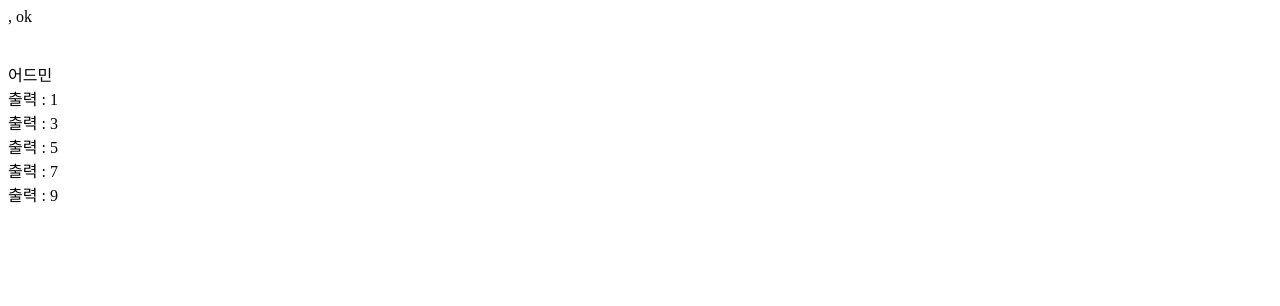
Repository: Won-Hyuk-Lee/kosta_java
Page: http://localhost/web_prj/lec_jstl.jsp
The author's editor kept a copy of each file at every save. The page is drawn from the files as they stood at one save, then again after the next save.
The browser window is 1280 px wide. The pictures show the whole page.
The page is served by Tomcat 9. Nobody is signed in. The application's start-up code is not run. Other server files are loaded and not shown.

Above is the page before, as saved 2024-05-30 04:52:19.

### web_prj/src/main/webapp/lec_jstl.jsp
<%@ page language="java" contentType="text/html; charset=UTF-8"
    pageEncoding="UTF-8"%>
<%@taglib uri="http://java.sun.com/jsp/jstl/core" prefix="c"%>
<%@taglib uri="http://java.sun.com/jsp/jstl/fmt"  prefix="fmt"%>

<%@ page import="com.kosta.sample.board.BoardVO" %>
<%@ page import="java.util.ArrayList" %>
<%@ page import="java.util.HashMap" %>


<!DOCTYPE html>
<html>
<head>
<meta charset="UTF-8">
<title>Insert title here</title>
<script src="https://code.jquery.com/jquery-3.7.1.js"></script>
<script> $(function() { }); </script>
</head>
<body>
<!--
 EL(Expression Language) :  JSP 사용하는 스크립트릿(<% %>) 문법을 쉽게 하는 언어  $ { }
 JSTL(JSP Standard Tag Library) : JSP 표준라이브러리

  - JSP 내장객체 SCOPE : page > request > session > application
  - EL  내장객체 SCOPE : pageScope > requestScope > sessionScope > applicationScope
-->


<!--
//서블릿 코드
BoardVO bvo  = new BoardVO();
bvo.setRegid("kim");
bvo.setTitle("이건제목");
request.setAttribute("KEY_BOARDVO", bvo);
-->
<%
//BoardVO bvo = (BoardVO)request.getAttribute("KEY_BOARDVO");
//out.println(bvo.getRegid() + ","  + bvo.getTitle());
%>
<!-- ${requestScope.KEY_BOARDVO.regid} -->



<!--
//서블릿 코드
ArrayList<BoardVO> list = new ArrayList<BoardVO>();
BoardVO bvo  = new BoardVO();
bvo.setRegid("kim");
bvo.setTitle("이건제목");
list.add(bvo);
bvo  = new BoardVO();
bvo.setRegid("kim2");
bvo.setTitle("이건제목2");
list.add(bvo);
request.setAttribute("KEY_LISTVO", list);
-->

<%
//ArrayList<BoardVO> list = (ArrayList<BoardVO>)request.getAttribute("KEY_LISTVO");
//for(BoardVO bvo : list) {
//	out.println(bvo.getTitle() + "," + bvo.getRegid() + "<br>");
//}
%>
<!--
${requestScope.KEY_LISTVO[0]["regid"]}, ${requestScope.KEY_LISTVO[0]["title"]}<br>
${requestScope.KEY_LISTVO[1]["regid"]}, ${requestScope.KEY_LISTVO[1]["title"]}<br>
-->


<!--
//서블릿 코드
HashMap<String, BoardVO> map = new HashMap<String, BoardVO>();
BoardVO bvo  = new BoardVO();
bvo.setRegid("kim");
bvo.setTitle("이건제목");
map.put("map_key", bvo);
request.setAttribute("KEY_MAPVO", map);
-->
<%
//HashMap<String, BoardVO> map = (HashMap<String, BoardVO>)request.getAttribute("KEY_MAPVO");
//out.println(map.get("map_key").getRegid() + "," + map.get("map_key").getTitle());
%>
<!-- ${requestScope.KEY_MAPVO.map_key.regid} , ${KEY_MAPVO.map_key.title} -->


<!--
//서블릿 코드
HttpSession session = request.getSession();
session.setAttribute("SESS_ID", "kim");
session.setAttribute("SESS_GRADE", "gold");
-->
<%
//String uid = (String)session.getAttribute("SESS_ID");
//out.print(uid);
%>
<!--  ${sessionScope.SESS_ID}  -->


<!--
//서블릿 코드
Cookie ck1 = new Cookie("MY_COOKIE_UID", "lee");
Cookie ck2 = new Cookie("MY_COOKIE_GRADE", "hong");
ck1.setMaxAge(100);
ck2.setMaxAge(100);
response.addCookie(ck1);
response.addCookie(ck2);
-->

<%
// 요청으로부터 모든 쿠키를 가져옵니다.
Cookie[] cookies = request.getCookies();
if (cookies != null) {
    for (Cookie cookie : cookies) {
        out.println(cookie.getName() + "," + cookie.getValue() + "<br>");
    }
}
%>
${cookie.MY_COOKIE_UID.name}, ${cookie.MY_COOKIE_UID.value}


<!-- JSTL :   if  forEach   -->
<%
String cval = "lee";
int num = 10;
if (cval.equals("lee") && num==10) {
	out.println("ok");
} else {
	out.println("fail");
}
%>
<br>

<c:if test="${cookie.MY_COOKIE_UID.value == 'lee'}">
	몰루
</c:if><br>

<c:if test="${cookie.MY_COOKIE_UID.value eq 'lee'}">
	몰루
</c:if><br>

<c:set value="admin" var="userid"/>
<c:choose>
       <c:when
test="${userid == 'lkh'}">
            유저
       </c:when>
       <c:when
test="${userid
== 'admin'}">
           어드민
       </c:when>
       <c:otherwise>
           손님
       </c:otherwise>
   </c:choose>
<br>

<c:forEach var="i"
begin="1" end="10"
             step ="2" >
출력 : ${i}
<br>
</c:forEach>

<c:forEach items="${KEY_LISTVO}"> var="bvo">
${bvo.regid}, ${bvo.title} <br>
</c:forEach>





</body>
</html>

After the next save:
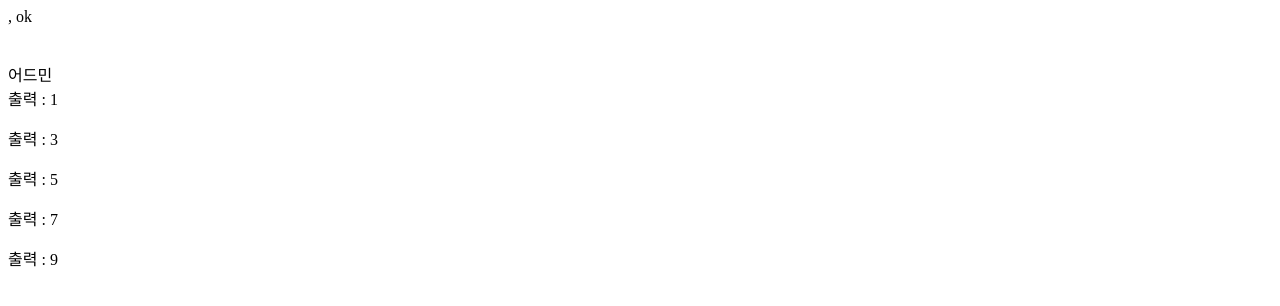
Saved 14 s later.
--- a/web_prj/src/main/webapp/lec_jstl.jsp
+++ b/web_prj/src/main/webapp/lec_jstl.jsp
@@ -159,7 +159,7 @@ test="${userid
 begin="1" end="10"
              step ="2" >
 출력 : ${i}
-<br>
+<br><p>
 </c:forEach>
 
 <c:forEach items="${KEY_LISTVO}"> var="bvo">
